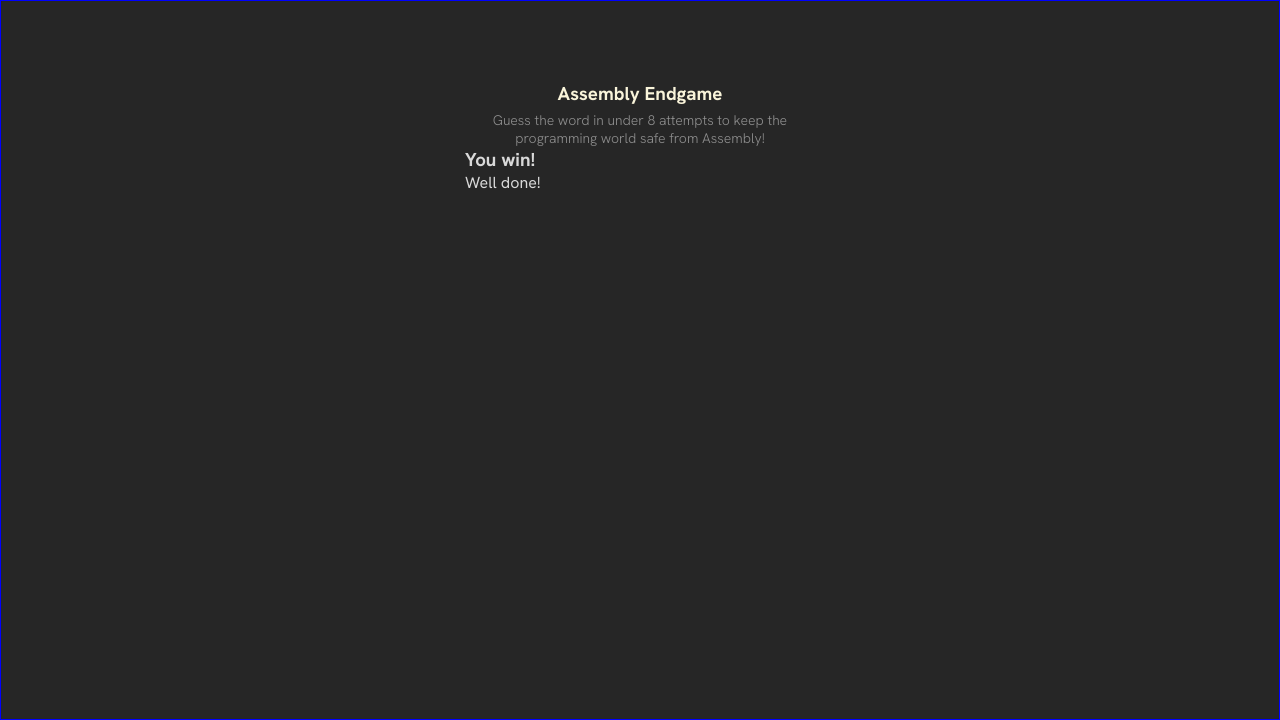
Repository: AchrafAzzaoui/AssemblyEndgame
Page: / (app in assembly-endgame/)
These files come from the project's save history. The page is drawn as it stood at one moment and after the next save; the edit follows.
The browser window is 1280 px wide. The pictures show the whole page.
The project was rebuilt for these pictures with package versions that can differ from the ones it lists, and the page was loaded fresh each time. Also part of the build but not shown: assembly-endgame/vite.config.js.

Above is the page before, as saved 2024-12-24 20:34:14.

After the next save:
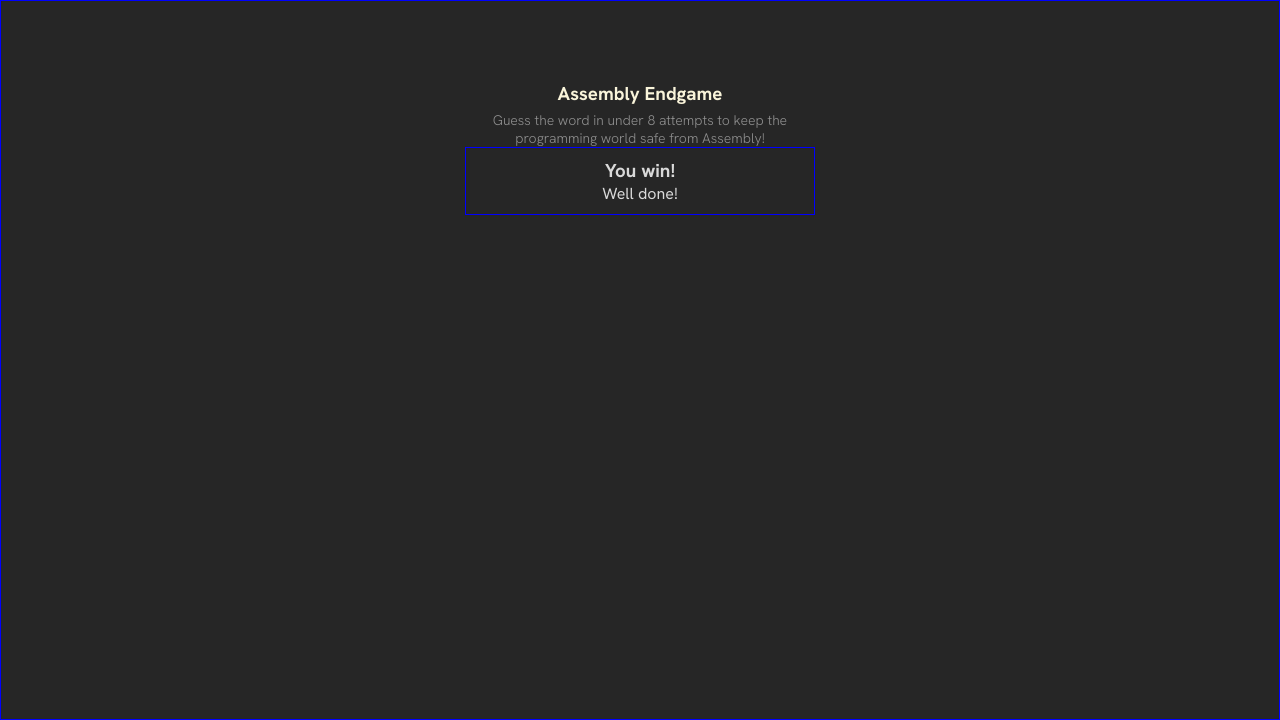
Saved 81 s later.
--- a/assembly-endgame/src/index.css
+++ b/assembly-endgame/src/index.css
@@ -28,3 +28,10 @@
   font-size: 0.875rem;
   max-width: 350px;
 }
+
+/* status */
+.status {
+  border: 1px solid blue;
+  text-align: center;
+  padding: 10px 40px;
+}
